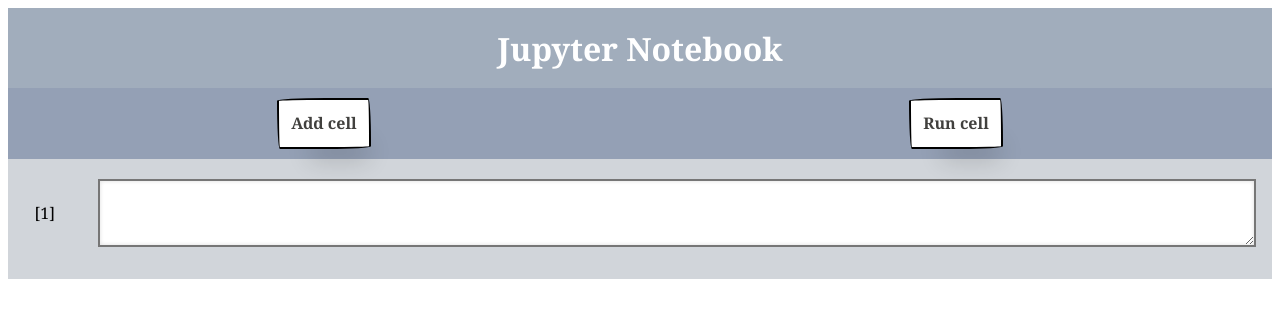
Repository: lingzi-liu/jupyter_notebook_prototype
Page: http://localhost/
The author's editor kept a copy of each file at every save. The page is drawn from the files as they stood at one save, then again after the next save.
The browser window is 1280 px wide. The pictures show the whole page.
The page is served by the project's application, run on Flask 3 (app.py).

Above is the page before, as saved 2022-11-13 12:34:32.

### templates/index.html
<!DOCTYPE html>
<html lang="en">

<head>
    <meta charset="UTF-8">
    <meta http-equiv="X-UA-Compatible" content="IE=edge">
    <meta name="viewport" content="width=device-width, initial-scale=1.0">
    <link rel="stylesheet" href="../static/styles/style.css">
    <script defer src="../static/scripts/command_handler.js"></script>
    <script defer src="../static/scripts/add_cell.js"></script>
    <title>Jupter Notebook</title>
</head>

<body>
    <!-- Navigation Bar -->
    <div id="nav">
        <h1>Jupyter Notebook</h1>
    </div>


    <!-- Button Bar -->
    <div id="commands">
        <!-- Add Cell allows you to add new code cells -->
        <!--Triggering a function addCell() when clicked -->
        <button onclick="addCell()">Add cell</button>
        <!-- Run Cell allows you to run the code in a selected cell -->
        <!--Triggering a function runCell() when clicked -->
        <button onclick="runCell()" id="run">Run cell</button>
    </div>


    <!-- Cell list -->
    <div id="cell-list">
        <!-- Each cell is in separate division -->
        <!-- When clicked, the current cell should become the selected cell by triggering the function selectedCell(this) -->
        <div class="cell" id="1" onclick="selecteCell(this)">
            <h4>[1]</h4>
            <textarea onkeyup="do_resize(this);"></textarea>

            <!--a paragraph component below the cell box for the error message or result, if there is one
            -->
            <p></p>
        </div>
    </div>
</body>

</html>

### app.py
# Step1
from flask import Flask, request, render_template

from contextlib import redirect_stdout
import io
import ast # stands for abstract syntax tree

app = Flask(__name__)

# Step 3: Create a function evaluate_code(code) that takes in a string and returns the output
def evaluate_code(code):
    # Step2: Parse the input code
    parsed = ast.parse(code)


    # Context manager for temporarily redirecting sys.stdout to another file or file-like object.
    with redirect_stdout(io.StringIO()) as f:
        try:
            #
            for input in parsed.body:
                if type(input) == ast.Expr:
                    # eval() allows you to evaluate arbitrary Python expressions from a string-based or compiled-code-based input.
                    # diff: eval() only execute or evaluate expressions
                    result = eval(compile(ast.Expression(input.value), "<string>", "eval"), globals())
                    # show appropiate result
                    if result:
                        print(result)
                else:
                    # exec()can execute any piece of Python code.
                    exec(compile(ast.Module(body=[input], type_ignores=[]), "<string>", "exec"), globals())
        # If there is an exception, in the result print the exception with an error message
        except Exception as e:
            print('Error Occured!')
            print(e.__class__.__name__ + ' : ')
            print(e)


    return f.getvalue()


# Create a default ‘GET’ route for your flask object that directs you to the html page
@app.route('/',methods=['GET'])
def index():
    # Flask template
    # put index.html in templates folder otherwise it will throw a render_template error
    return render_template('index.html')

# Create ‘POST’ route that uses an evaluate function
@app.route('/evaluate', methods=['POST'])
def evaluate():
    # Step2: Extract the command from the json input
    data = request.json
    code = data['command']
    return {'result': evaluate_code(code)}

if __name__== '__main__':
    # set debug to true to see the log and applied changes
    app.run(port=8002, debug = True)

### static/styles/style.css
#nav {
  height: 80px;
  background-color: #253f636d;
  font-weight: heavy;
  display: flex;
  align-items: center;
}

#nav h1 {
  margin: auto;
  color: white;
  font-family: Georgia, 'Times New Roman', Times, serif;
  text-align: center;
}

#commands {
  background-color: #637493ae;
  display: flex;
  justify-content: space-around;
}

#commands button {
  margin: 10px;
  font-weight: bold;
  align-self: center;
  background-color: #fff;
  background-image: none;
  background-position: 0 90%;
  background-repeat: repeat no-repeat;
  background-size: 4px 3px;
  border-radius: 15px 225px 255px 15px 15px 255px 225px 15px;
  border-style: solid;
  border-width: 2px;
  border-bottom-left-radius: 15px 255px;
  border-bottom-right-radius: 225px 15px;
  border-top-left-radius: 255px 15px;
  border-top-right-radius: 15px 225px;
  box-shadow: rgba(0, 0, 0, .2) 15px 28px 25px -18px;
  box-sizing: border-box;
  color: #41403e;
  cursor: pointer;
  display: inline-block;
  font-family: Georgia, 'Times New Roman', Times, serif;
  font-size: 1rem;
  line-height: 23px;
  outline: none;
  padding: .75rem;
  text-decoration: none;
  transition: all 235ms ease-in-out;
  user-select: none;
  -webkit-user-select: none;
  touch-action: manipulation;
}

#commands button:hover {
  box-shadow: rgba(0, 0, 0, .3) 2px 8px 8px -5px;
  transform: translate3d(0, 2px, 0);
}

#commands button:focus {
  box-shadow: rgba(0, 0, 0, .3) 2px 8px 4px -6px;
}

.cell {
  padding-top: 20px;
  margin: auto;
  align-items: center;
  display: flex;
  flex-flow: row wrap;
  justify-content: space-around;
}

#cell-list .cell:hover {
  background-color: #929ba76b;
}

#cell-list .cell textarea {

  border-radius: 15px 225px 255px 15px 15px 255px 225px 15px;
  border-style: solid;
  border-width: 2px;
  box-shadow: rgba(0, 0, 0, .2) 15px 28px 25px -18px;
  padding: 0.5rem;
  color: #666;
  box-shadow: inset 0 0 0.25rem #ddd;
  font-family: Georgia, 'Times New Roman', Times, serif;
  font-size: large;
  width: 90%;

}

#cell-list .cell textarea:focus {
  outline: none;
  border: 1px solid darken(#ddd, 5%);
  box-shadow: inset 0 0 0.5rem darken(#ddd, 5%);
}

#cell-list .cell h4 {
  display: inline-block;
  margin: 0;
  padding: 0 10px;
  font-weight: lighter;
  font-family: Georgia, 'Times New Roman', Times, serif;
}

#cell-list .cell p {
  width: 100%;
  font-family: Georgia, 'Times New Roman', Times, serif;
  margin-left: 120px;
}

### static/scripts/command_handler.js
// runCell() takes the code in the cell and outputs the result if there is a result or the error if there is an error
function runCell() {
    // disable the button from being run again until we process the current code
    runButton = document.getElementById('run');
    runButton.disabled = true;

    cellNum = document.getElementById(selectedCellNumber);
    // get text from the textarea
    text = cellNum.children[1].value;

    // Send the text to the python backend as a command
    // get the response from post request
    fetch('/evaluate', {
        method: 'POST',
        headers: {
            'Content-Type': 'application/json'
        },
        body: JSON.stringify({
            command: text
        })
    }).then((response) => response.json()).then((data) => {
        // Insert the response below the respective code cell as a string
        cellNum.children[2].innerText = data.result;

        // enable the button again
        runButton.disabled = false;
    });
}

### static/scripts/add_cell.js
let selectedCellNumber = 1; //  the id of the currently selected cell
let maxCellNumber = 1; // the total number of cells

// adjusts the size of the text box depending on the text input.
// If the text input becomes larger than the current size of the textbox
// then we need to increase the size of the cell.
function do_resize(textbox) {
    var maxrows = 50;
    var txt = textbox.value;
    var cols = textbox.cols;

    var arraytxt = txt.split('\n');
    var rows = arraytxt.length;

    for (i = 0; i < arraytxt.length; i++)
        rows += parseInt(arraytxt[i].length / cols);

    if (rows > maxrows) textbox.rows = maxrows;
    else textbox.rows = rows;
}

// changes the selected cell based on an input cell.
function selecteCell(cell) {
    if (selectedCellNumber) {
        document.getElementById(selectedCellNumber).style.backgroundColor = "white";
    }
    selectedCellNumber = cell.id;
    document.getElementById(selectedCellNumber).style.backgroundColor = "#929ba76b";
    console.log('cell selected: ', selectedCellNumber)
}

// Ensure that the selected cell when the page is first opened is the first and only cell on the page
selecteCell(document.getElementById("1"))

// adds a cell below the current cells
function addCell() {
    maxCellNumber++;
    cellList = document.getElementById("cell-list");
    cellList.insertAdjacentHTML('beforeend',
        `<div class="cell" id="${maxCellNumber}" onclick="selecteCell(this)">
            <h4>[${maxCellNumber}]</h4>
            <textarea onkeyup="do_resize(this);"></textarea>
            <p></p>
        </div>`);

    selecteCell(document.getElementById(maxCellNumber));
}

After the next save:
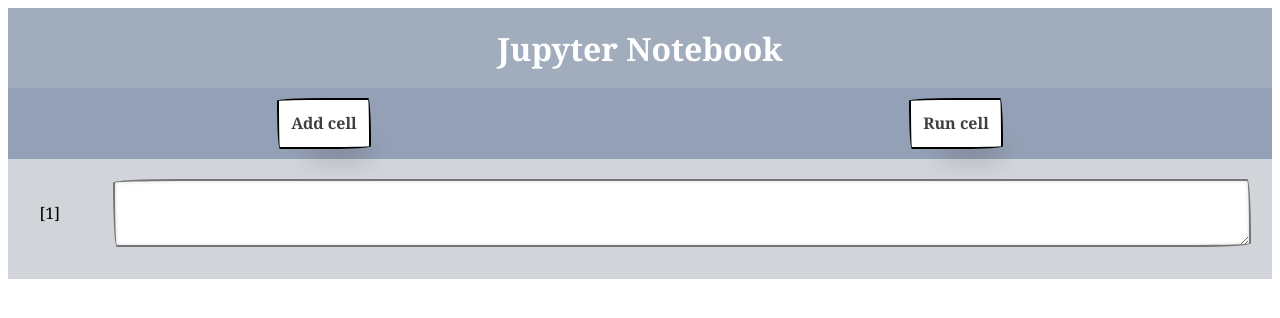
Saved 26 s later.
--- a/static/styles/style.css
+++ b/static/styles/style.css
@@ -75,11 +75,15 @@
 }
 
 #cell-list .cell textarea {
-
   border-radius: 15px 225px 255px 15px 15px 255px 225px 15px;
   border-style: solid;
   border-width: 2px;
+  border-bottom-left-radius: 15px 255px;
+  border-bottom-right-radius: 225px 15px;
+  border-top-left-radius: 255px 15px;
+  border-top-right-radius: 15px 225px;
   box-shadow: rgba(0, 0, 0, .2) 15px 28px 25px -18px;
+  box-sizing: border-box;
   padding: 0.5rem;
   color: #666;
   box-shadow: inset 0 0 0.25rem #ddd;
